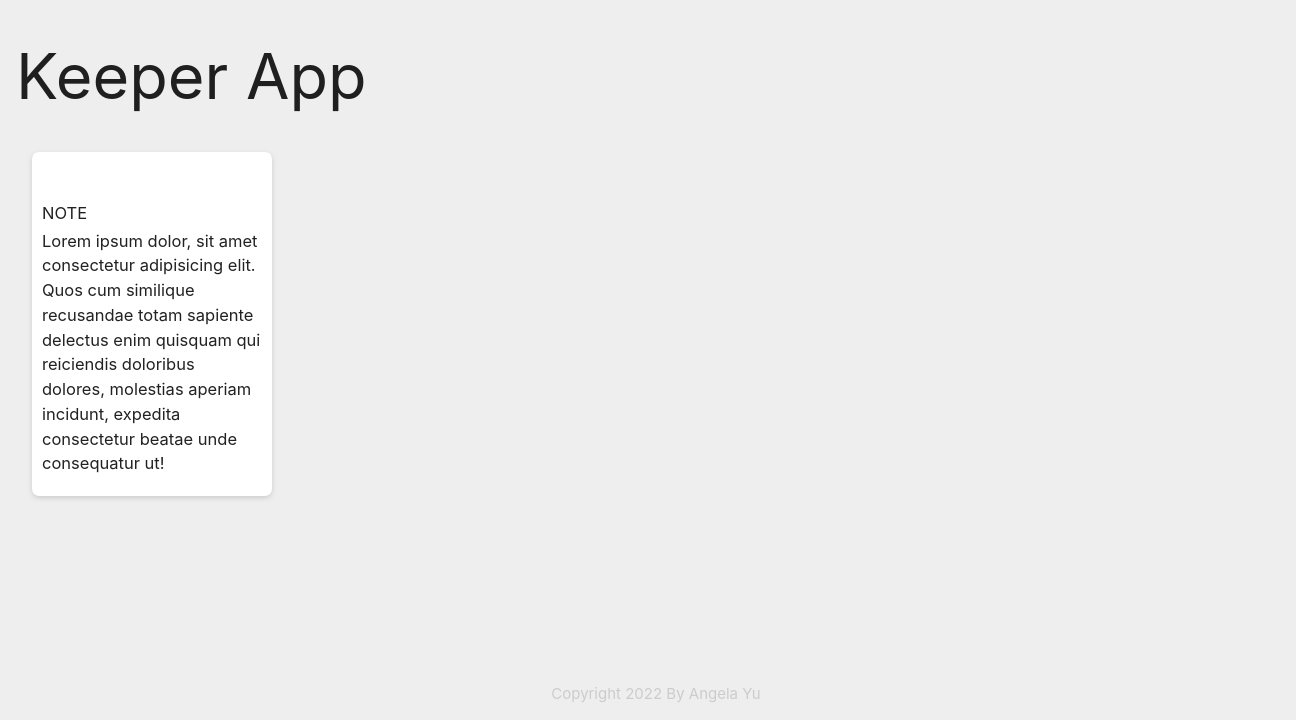
Repository: DESTINYAS/keeper-app
Page: /
These files come from the project's save history. The page is drawn as it stood at one moment and after the next save; the edit follows.
The browser window is 1280 px wide. The page is 1296 px wide, so the pictures cover 1296 px, including what lies to the right of the window. The pictures show the whole page.
The project was rebuilt for these pictures with package versions that can differ from the ones it lists, and the page was loaded fresh each time.

Above is the page before, as saved 2022-12-07 21:19:09.

After the next save:
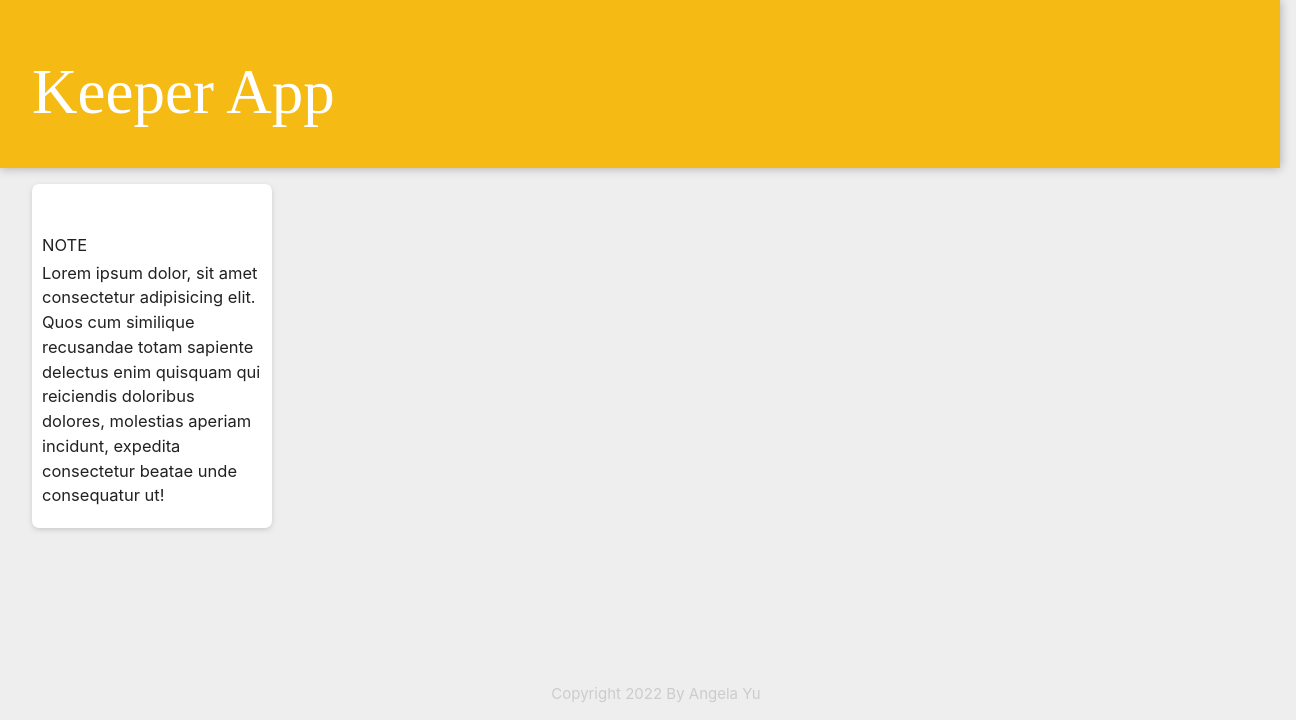
Saved 3 min 48 s later.
--- a/src/components/Header.js
+++ b/src/components/Header.js
@@ -1,8 +1,10 @@
 const Header = () => {
   return (
-    <div className="header">
-      <h1>Keeper App</h1>
-    </div>
+    <header>
+      <div className="header">
+        <h1>Keeper App</h1>
+      </div>
+    </header>
   );
 };
 
